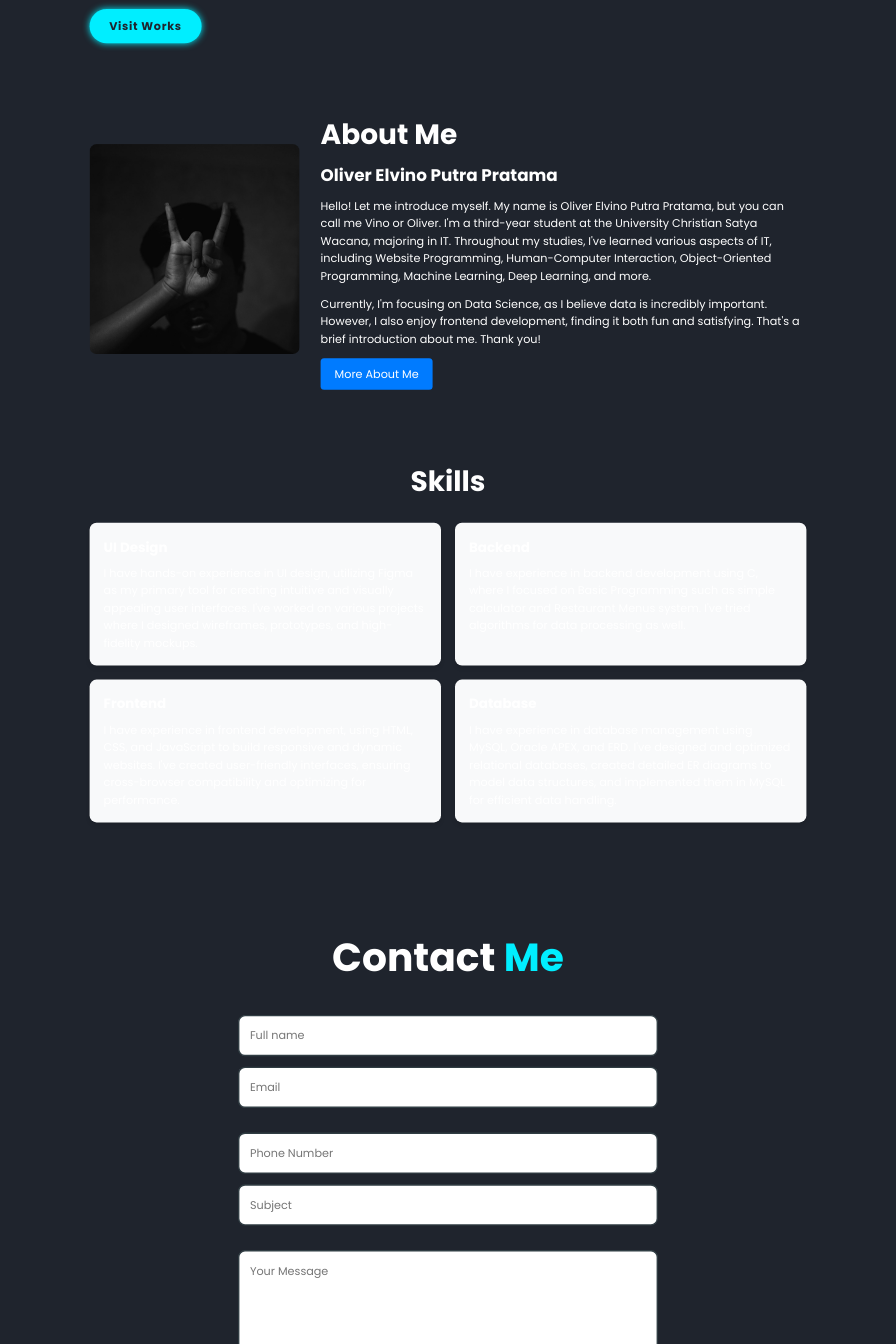
Repository: Olovrelvino/personalWebsite-HtmlCssJs-project
Page: main.html
The author's editor kept a copy of each file at every save. The page is drawn from the files as they stood at one save, then again after a run of saves.
The browser window is 1280 px wide. The pictures show the part of the page from y = 657 to 2577 px (the page is 3046 px tall), at 70% of full size.
Some web libraries are served in a nearby version.

Above is the page before, as saved 2024-09-23 22:39:51.

### main.html
<!DOCTYPE html>
<html lang="en">
<head>
    <meta charset="UTF-8">
    <meta name="viewport" content="width=device-width, initial-scale=1.0">
    <title>Oliver's Portofolio</title>
    <link href='https://unpkg.com/boxicons@2.1.4/css/boxicons.min.css' rel='stylesheet'>
    <link rel="stylesheet" href="style.css">
</head>

<body>

    <!-- NAVBAR SECTION -->
    <header class="header">
        <a href="#" class="logo">Portofolio.</a>

        <nav class="navbar">
          <div class="hamburger-menu">
            <div class="bar"></div>
            <div class="bar"></div>
            <div class="bar"></div>
          </div>
          <ul class="nav-menu">
            <li><a href="#home" class="nav-links" style="--i:1;">Home</a></li>
            <li><a href="#about" class="nav-links" style="--i:2;">About</a></li>
            <li><a href="#Skills" class="nav-links" style="--i:3;">Skills</a></li>
            <li><a href="portofolio.html" class="nav-links" style="--i:4;">Portofolio</a></li>
            <li><a href="#contact" class="nav-links" style="--i:5;">Contact</a></li>
          </ul>
        </nav>
      </header>

      <section id="home" class="section home">
        <div class="home-content">
          <h3>Hi, It's your boy</h3>
          <h1>Oliver Elvino Putra Pratama</h1>
          <h3>And I'm a <span class="multiple-text"></span></h3>
          <p>Hello guys, How's it going, it's your boy Oliver. Welcome to my personal website. This website will tell you about my portfolio, my background stories, and more. So once again welcome to my website and don't forget to follow me on social media. Nice to meet ya!</p>
          <div class="social-media">
            <a href="#" style="--i:7;"><i class="bx bxl-facebook"></i></a>
            <a href="#" style="--i:8;"><i class='bx bxl-discord-alt'></i></a>
            <a href="#" style="--i:9;"><i class="bx bxl-instagram"></i></a>
            <a href="#" style="--i:10;"><i class="bx bxl-linkedin"></i></a>
          </div>
          <a href="#" class="btn">Visit Works</a>
        </div>
        <div class="home-img">
          <img src="imagePW.png" alt="Oliver Elvino">
        </div>
      </section>

      <!-- About Section -->
<section id="about" class="section about">
    <div class="about-container">
      <div class="about-img">
        <img src="vino2.jpg" alt="Oliver Elvino">
      </div>
      <div class="about-text">
        <h2>About Me</h2>
        <h4>Oliver Elvino Putra Pratama</h4>
        <p>Hello! Let me introduce myself. My name is Oliver Elvino Putra Pratama, but you can call me Vino or Oliver. I'm a third-year student at the University Christian Satya Wacana, majoring in IT. Throughout my studies, I've learned various aspects of IT, including Website Programming, Human-Computer Interaction, Object-Oriented Programming, Machine Learning, Deep Learning, and more.</p>
        <p>Currently, I'm focusing on Data Science, as I believe data is incredibly important. However, I also enjoy frontend development, finding it both fun and satisfying. That's a brief introduction about me. Thank you!</p>
        <a href="#" class="btn-content">More About Me</a>
      </div>
    </div>
  </section>

  <!-- Skills Section -->
  <section id="Skills" class="section Skills">
    <h2 class="skills-heading">Skills</h2>
    <div class="Skills-container">
      <div class="Skills-box">
        <h4>UI Design</h4>
        <p>I have hands-on experience in UI design, utilizing Figma as my primary tool for creating intuitive and visually appealing user interfaces. I've worked on various projects where I designed wireframes, prototypes, and high-fidelity mockups.</p>
      </div>
      <div class="Skills-box">
        <h4>Backend</h4>
        <p>I have experience in backend development using C, where I focused on Basic Programming such as simple calculator and Restaurant Menus system. I've tried algorithms for data processing as well.</p>
      </div>
      <div class="Skills-box">
        <h4>Frontend</h4>
        <p>I have experience in frontend development, using HTML, CSS, and JavaScript to build responsive and dynamic websites. I've created user-friendly interfaces, ensuring cross-browser compatibility and optimizing for performance.</p>
      </div>
      <div class="Skills-box">
        <h4>Database</h4>
        <p>I have experience in database management using MySQL, Oracle APEX, and ERD. I've designed and optimized relational databases, created detailed ER diagrams to model data structures, and implemented them in MySQL for efficient data handling.</p>
      </div>
    </div>
  </section>

     <section class="contact" id="contact">
        <h2 class="heading">Contact <span class="highlight">Me</span></h2>

        <form action="">
            <div class="input-group">
                <div class="input-box">
                    <input type="text" placeholder="Full name">
                    <input type="email" placeholder="Email">
                </div>
                <div class="input-box">
                    <input type="number" placeholder="Phone Number">
                    <input type="text" placeholder="Subject">
                </div>
            </div>

            <div class="input-group-2">
                <textarea name="" id="" cols="30" rows="10" placeholder="Your Message"></textarea>
                <input type="submit" value="Send Message" class="btn-contact">
            </div>
        </form>
     </section>

     <!-- Footer Section -->
     <footer class="footer">
        <div class="social">
            <a href="#" style="--i:7;"><i class='bx bxl-instagram'></i></a>
            <a href="#" style="--i:8;"><i class='bx bxl-facebook' ></i></a>
            <a href="#" style="--i:9;"><i class='bx bxl-discord-alt' ></i></a>
            <a href="#" style="--i:10;"><i class='bx bxl-github'></i></a>
        </div>

        <ul class="list">
            <li>
                <a href="#">FAQ</a>
            </li>

            <li>
                <a href="#">About</a>
            </li>

            <li>
                <a href="#">Portfolio</a>
            </li>

            <li>
                <a href="#">Contact</a>
            </li>
            <p class="copyright">
                © Oliver Elvino | All Right Reserved
            </p>
        </ul>
     </footer>

    <script src="https://unpkg.com/typed.js@2.1.0/dist/typed.umd.js"></script>
    <script src="script.js"></script>
</body>
</html>

### style.css
@import url('https://fonts.googleapis.com/css?family=Poppins:400,700,900');

* {
    margin: 0;
    padding: 0;
    border: none;
    outline: none;
    scroll-behavior: smooth;
    box-sizing: border-box;
    font-family: 'Poppins', sans-serif;
}

body {
    background: #1f242d;
    color: #fff;
    overflow-x: hidden;

}

.header {
    position: fixed;
    top: 0;
    left: 0;
    width: 100%;
    padding: 15px 5%;
    background: rgba(0, 0, 0, 0.3);
    backdrop-filter: blur(10px);
    display: flex;
    justify-content: space-between;
    align-items: center;
    z-index: 100;
  }

  .logo {
    font-size: 1.5rem;
    color: #fff;
    text-decoration: none;
    font-weight: 600;
  }

  .navbar {
    display: flex;
    align-items: center;
  }

  .nav-menu {
    display: flex;
    list-style: none;
  }

  .nav-links {
    font-size: 1rem;
    color: #fff;
    text-decoration: none;
    font-weight: 500;
    margin-left: 35px;
    transition: .3s;
  }

  .nav-links:hover,
  .nav-links.active {
    color: #0ef;
  }

  .hamburger-menu {
    display: none;
    cursor: pointer;
  }

  .bar {
    display: block;
    width: 25px;
    height: 3px;
    margin: 5px auto;
    transition: all 0.3s ease-in-out;
    background-color: #fff;
  }

  @media screen and (max-width: 768px) {
    .hamburger-menu {
      display: block;
    }

    .hamburger-menu.active .bar:nth-child(2) {
      opacity: 0;
    }

    .hamburger-menu.active .bar:nth-child(1) {
      transform: translateY(8px) rotate(45deg);
    }

    .hamburger-menu.active .bar:nth-child(3) {
      transform: translateY(-8px) rotate(-45deg);
    }

    .nav-menu {
      position: fixed;
      left: -100%;
      top: 70px;
      gap: 0;
      flex-direction: column;
      background-color: rgba(0, 0, 0, 0.8);
      width: 100%;
      text-align: center;
      transition: 0.3s;
    }

    .nav-links {
      margin: 16px 0;
    }

    .nav-menu.active {
      left: 0;
    }
  }

  .home {
    min-height: 100vh;
    padding: 100px 5% 0;
    display: flex;
    justify-content: center;
    align-items: center;
    flex-direction: column-reverse;
  }

  .home-content {
    max-width: 100%;
    text-align: center;
  }

  .home-content h3 {
    font-size: 2rem;
    font-weight: 700;
    opacity: 0;
    animation: slideBottom 1s ease forwards;
    animation-delay: .7s;
  }

  .home-content h3 span {
    color:#0ef;
  }

  .home-content h3:nth-of-type(2) {
    margin-bottom: 20px;
    animation: slideTop 1s ease forwards;
    animation-delay: .7s;
  }

  .home-content h1 {
    font-size: 2.5rem;
    font-weight: 600;
    margin: 15px 0;
    opacity: 0;
    animation: slideRight 1s ease forwards;
    animation-delay: 1s;
  }

  .home-content p {
    font-size: 1rem;
    margin-bottom: 30px;
    opacity: 0;
    animation: slideLeft 1s ease forwards;
    animation-delay: 1s;
  }

  .home-img img {
    max-width: 300px;
    width: 100%;
    height: auto;
    border-radius: 50%;
    box-shadow: 0 0 10px #0ef;
    margin-bottom: 30px;
    opacity: 0;
    animation: zoomIn 1s ease forwards, floatImage 4s ease-in-out infinite;
    animation-delay: 2s, 3s;
  }

  .social-media {
    display: flex;
    justify-content: center;
    flex-wrap: wrap;
    margin-bottom: 20px;
  }

  .social-media a {
    display: inline-flex;
    justify-content: center;
    align-items: center;
    width: 40px;
    height: 40px;
    background: transparent;
    border: 2px solid #0ef;
    border-radius: 50%;
    font-size: 20px;
    color: #0ef;
    text-decoration: none;
    margin: 10px;
    transition: .5s ease;
    opacity: 0;
    animation: slideLeft 1s ease forwards;
    animation-delay: calc(.2s * var(--i));
  }

  .social-media a:hover {
    background: #0ef;
    color: #1f242d;
    box-shadow: 0 0 20px #0ef;
  }

  .btn {
    display: inline-block;
    padding: 12px 28px;
    background: #0ef;
    border-radius: 40px;
    box-shadow: 0 0 10px #0ef;
    font-size: 16px;
    color: #1f242d;
    letter-spacing: 1px;
    text-decoration: none;
    font-weight: 600;
    opacity: 0;
    animation: slideTop 1s ease forwards;
    animation-delay: 2s;
  }

  @media screen and (min-width: 768px) {
    .home {
      flex-direction: row;
      justify-content: space-between;
      text-align: left;
      padding: 100px 10% 0;
    }

    .home-content {
      max-width: 50%;
      text-align: left;
    }

    .home-content h1 {
      font-size: 3.5rem;
    }

    .home-content p {
      font-size: 1.1rem;
    }

    .home-img img {
      max-width: 400px;
      margin-bottom: 0;
    }

    .social-media {
      justify-content: flex-start;
    }
  }

  @media screen and (min-width: 1024px) {
    .home-content h1 {
      font-size: 4rem;
    }

    .home-content p {
      font-size: 1.2rem;
    }

    .home-img img {
      max-width: 450px;
    }
  }

  .section {
    padding: 50px 10%;
  }

  /* About section styles */
  .about-container {
    display: flex;
    flex-wrap: wrap;
    align-items: center;
    justify-content: space-between;
  }

  .about-img {
    flex: 1 1 300px;
    max-width: 300px;
    margin-right: 30px;
  }

  .about-img img {
    width: 100%;
    border-radius: 10px;
  }

  .about-text {
    flex: 1 1 300px;
  }

  .about-text h2 {
    font-size: 2.5rem;
    margin-bottom: 10px;
  }

  .about-text h4 {
    font-size: 1.5rem;
    margin-bottom: 15px;
  }

  .about-text p {
    margin-bottom: 15px;
  }

  .btn-content {
    display: inline-block;
    padding: 10px 20px;
    background-color: #007bff;
    color: #fff;
    text-decoration: none;
    border-radius: 5px;
    transition: background-color 0.3s;
  }

  .btn-content:hover {
    background-color: #0056b3;
  }

  /* Skills section styles */
  .skills-heading {
    font-size: 2.5rem;
    text-align: center;
    margin-bottom: 30px;
  }

  .Skills-container {
    display: grid;
    grid-template-columns: repeat(2, 1fr);
    gap: 20px;
  }

  .Skills-box {
    background-color: #f8f9fa;
    padding: 20px;
    border-radius: 10px;
    box-shadow: 0 4px 6px rgba(0, 0, 0, 0.1);
    transition: transform 0.3s, box-shadow 0.3s;
  }

  .Skills-box:hover {
    transform: translateY(-5px);
    box-shadow: 0 6px 8px rgba(0, 0, 0, 0.15);
  }

  .Skills-box h4 {
    font-size: 1.2rem;
    margin-bottom: 10px;
  }

  /* Responsive styles */
  @media screen and (max-width: 768px) {
    .section {
      padding: 30px 5%;
    }

    .about-container {
      flex-direction: column;
    }

    .about-img {
      margin-right: 0;
      margin-bottom: 20px;
      max-width: 100%;
    }

    .Skills-container {
      grid-template-columns: 1fr;
    }
  }

.contact {
    margin-top: 50px;
    padding: 50px 20px;
    text-align: center;
}

.contact .heading {
    font-size: 56px;
    margin-bottom: 40px;
    font-weight: 600;
}

.highlight {
    color:#0ef;
}

.input-group, .input-group-2 {
    display: block;
    width: 100%;
    max-width: 600px;
    margin: 0 auto;
}


.input-box {
    width: 100%;
    margin-bottom: 20px;
}

input, textarea {
    width: 100%;
    padding: 15px;
    font-size: 16px;
    margin-bottom: 15px;
    border: 2px solid #303d43;
    border-radius: 10px;
    box-sizing: border-box;
}


textarea {
    height: 200px;
    resize: none;
}


.btn-contact {
    display: block;
    width: 30%;
    padding: 15px;
    background-color: #0ef;
    font-size: 16px;
    border: none;
    border-radius: 5px;
    cursor: pointer;
    transition: 0.3s ease;
    margin-top: 10px;
}

.btn-contact:hover {
    color:#1f242d;
    box-shadow: 0 0 25px #0ef;
}

.footer {
    position: relative;
    bottom: 0;
    width: 100%;
    padding: 40px 0;
    background-color: rgba(0, 0, 0, 0.3);

}

.footer .social {
    text-align: center;
    padding-bottom: 25px;
    color: #0ef;

}

.footer .social a {
    font-size: 25px;
    color: #0ef;
    border: 2px solid #0ef;
    width: 42px;
    height: 42px;
    line-height: 42px;
    display: inline-block;
    text-align: center;
    border-radius: 50%;
    margin: 0 10px;
    transition: 0.3s ease-in-out;

}

.footer .social a:hover {
    transform: scale(1.2)translateY(-10px);
    background-color: #0ef;
    color:#1f242d;
    box-shadow: 0 0 25px #0ef;
}

.footer ul {
    margin-top: 0;
    padding: 0;
    font-size: 18px;
    line-height: 1.6;
    margin-bottom: 0;
    text-align: center;
}

.footer ul li a {
    color:#fff;
    border-bottom: 3px solid transparent;
    transition: 0.3s ease-in-out;
}

.footer ul li a:hover {
    border-bottom: 3px solid #0ef;
}

.footer ul li {
    display: inline-block;
    padding: 0 15px;
}

.footer .copyright {
    margin-top: 50px;
    text-align: center;
    font-size: 16px;
    color:#fff;
}


/* KEYFRAMES ANIMATION */
@keyframes slideRight {
    0% {
        transform: translateX(-100px);
        opacity: 0;
    }

    100% {
        transform: translateX(0);
        opacity: 1;
    }
}

@keyframes slideLeft {
    0% {
        transform: translateX(100px);
        opacity: 0;
    }

    100% {
        transform: translateX(0);
        opacity: 1;
    }
}

@keyframes slideTop {
    0% {
        transform: translateY(100px);
        opacity: 0;
    }

    100% {
        transform: translateY(0);
        opacity: 1;
    }
}

@keyframes slideBottom {
    0% {
        transform: translateY(-100px);
        opacity: 0;
    }

    100% {
        transform: translateY(0);
        opacity: 1;
    }
}

@keyframes zoomIn {
    0% {
        transform: scale(0);
        opacity: 0;
    }

    100% {
        transform: scale(1);
        opacity: 1;
    }
}

@keyframes floatImage {
    0% {
        transform: translateY(0);

    }
    50% {
        transform: translateY(-24px);

    }
    100% {
        transform: translateY(0);

    }
}

### script.js
var typed = new Typed(".multiple-text", {
    strings: ["Student of UKSW", "Information Technology Major", "Code Anthusiast"],
    typeSpeed: 100,
    backSpeed: 100,
    backDelay: 1000,
    loop: true
})

// document.querySelectorAll('.navbar a').forEach(anchor => {
//     anchor.addEventListener('click', function(e) {
//         const target = document.querySelector(this.getAttribute('href'));

//         // Remove 'active' class from all links
//         document.querySelectorAll('.navbar a').forEach(link => {
//             link.classList.remove('active');
//         });

//         // Add 'active' class to the clicked link
//         this.classList.add('active');

//         // Smooth scroll to the section (only if the target exists)
//         if (target) {
//             e.preventDefault();
//             target.scrollIntoView({
//                 behavior: 'smooth'
//             });
//         }
//     });
// });

// // Mendapatkan semua elemen section yang ditargetkan
// const sections = document.querySelectorAll('section');
// const navLinks = document.querySelectorAll('.navbar a');

// // Fungsi untuk mengubah tautan yang aktif
// function changeActiveNav() {
//     let index = sections.length;

//     // Loop untuk menentukan bagian halaman mana yang sedang di viewport
//     while (--index && window.scrollY + 100 < sections[index].offsetTop) {}

//     // Hapus class 'active' dari semua tautan
//     navLinks.forEach((link) => link.classList.remove('active'));

//     // Tambahkan class 'active' pada tautan yang sesuai dengan bagian halaman
//     navLinks[index].classList.add('active');
// }

// // Event listener ketika halaman discroll
// window.addEventListener('scroll', changeActiveNav);

// // Event listener untuk klik pada tautan navbar
// navLinks.forEach((link) => {
//     link.addEventListener('click', function() {
//         // Hapus class 'active' dari semua tautan
//         navLinks.forEach((link) => link.classList.remove('active'));

//         // Tambahkan class 'active' pada tautan yang diklik
//         this.classList.add('active');
//     });
// });

// // Deteksi apakah halaman Portfolio sedang dibuka
// if (window.location.href.includes('portofolio.html')) {
//     document.querySelector('.navbar a[href="portofolio.html"]').classList.add('active');
// }

// Mengambil semua link navigasi dan bagian
const sections = document.querySelectorAll('section');
const navLinks = document.querySelectorAll('.navbar a');

// Fungsi untuk menambahkan kelas 'active' ke link navigasi
window.onscroll = () => {
    let current = "";

    sections.forEach(section => {
        const sectionTop = section.offsetTop;
        const sectionHeight = section.clientHeight;

        // Memeriksa jika posisi scroll berada di dalam section
        if (pageYOffset >= sectionTop - sectionHeight / 3) {
            current = section.getAttribute('id'); // Mendapatkan id dari section yang aktif
        }
    });

    navLinks.forEach(link => {
        link.classList.remove('active'); // Menghapus class active dari semua link
        if (link.getAttribute('href').includes(current)) {
            link.classList.add('active'); // Menambahkan class active ke link yang sesuai
        }
    });
};

document.addEventListener('DOMContentLoaded', () => {
    const hamburger = document.querySelector('.hamburger-menu');
    const navMenu = document.querySelector('.nav-menu');

    hamburger.addEventListener('click', () => {
      hamburger.classList.toggle('active');
      navMenu.classList.toggle('active');
    });

    document.querySelectorAll('.nav-links').forEach(n => n.addEventListener('click', () => {
      hamburger.classList.remove('active');
      navMenu.classList.remove('active');
    }));
  });

After the next 3 saves:
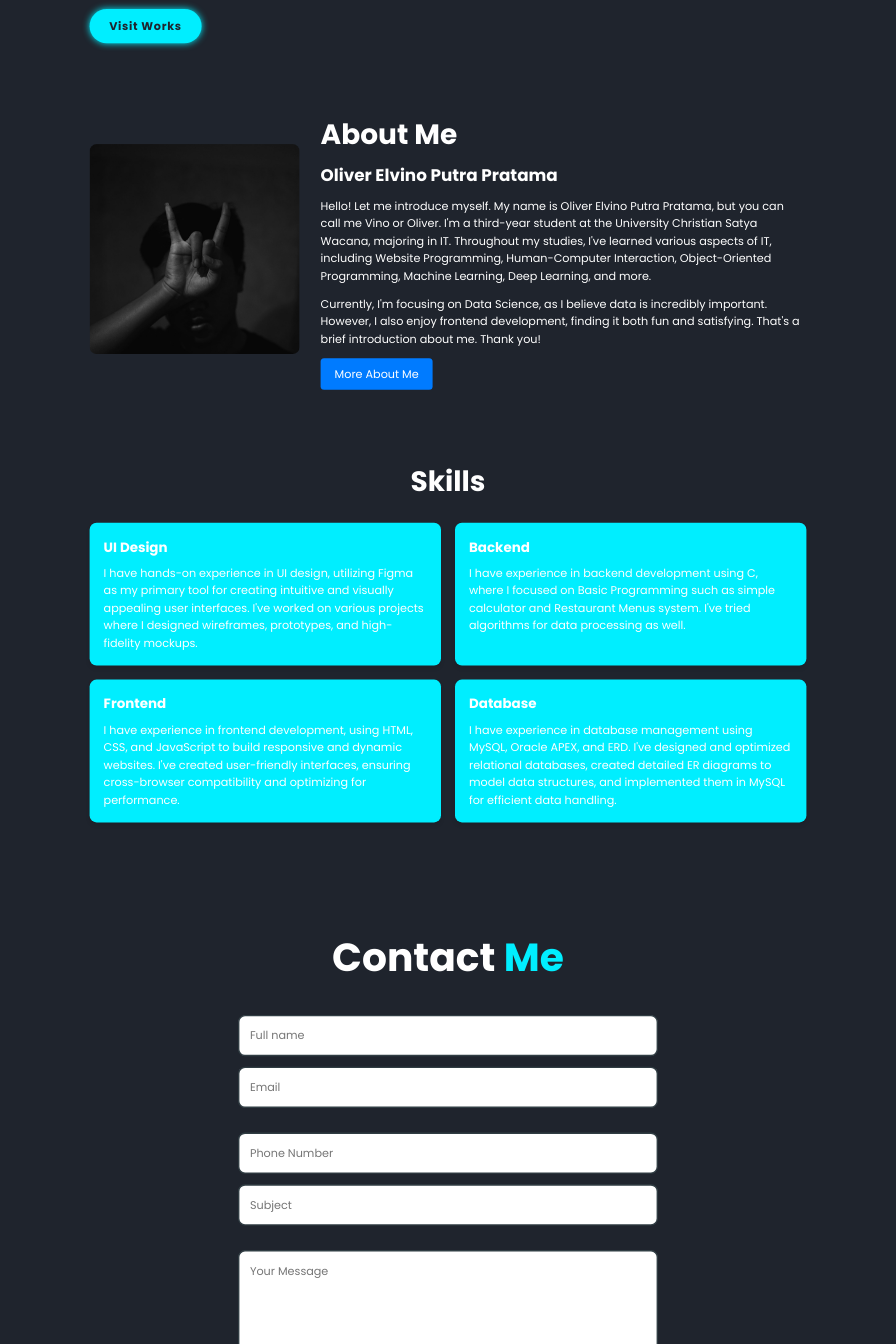
The 3 saves are shown as one change because they came seconds apart.
The last was saved 94 s later.
--- a/style.css
+++ b/style.css
@@ -337,7 +337,7 @@ body {
   }
 
   .Skills-box {
-    background-color: #f8f9fa;
+    background-color: #0ef;
     padding: 20px;
     border-radius: 10px;
     box-shadow: 0 4px 6px rgba(0, 0, 0, 0.1);
